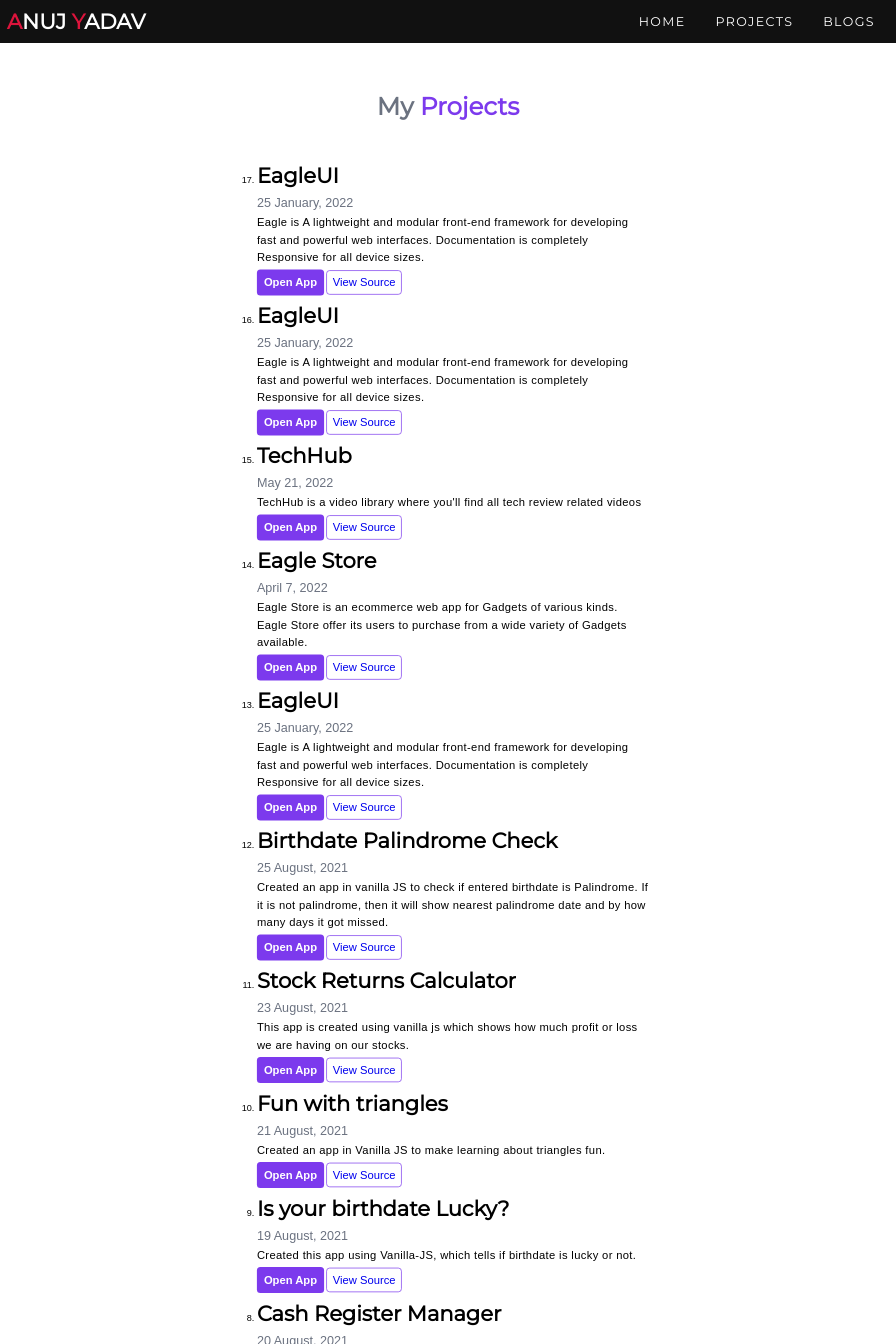
Repository: anuj-kumary/Portfolio
Page: project.html
An editor plug-in stored every save of this project. The page is shown before and after the next save, followed by the edit.
The browser window is 1280 px wide. The pictures show the part of the page from y = 0 to 1920 px (the page is 3649 px tall before and 3599 px after), at 70% of full size.

Above is the page before, as saved 2022-11-12 10:17:15.

After the next save:
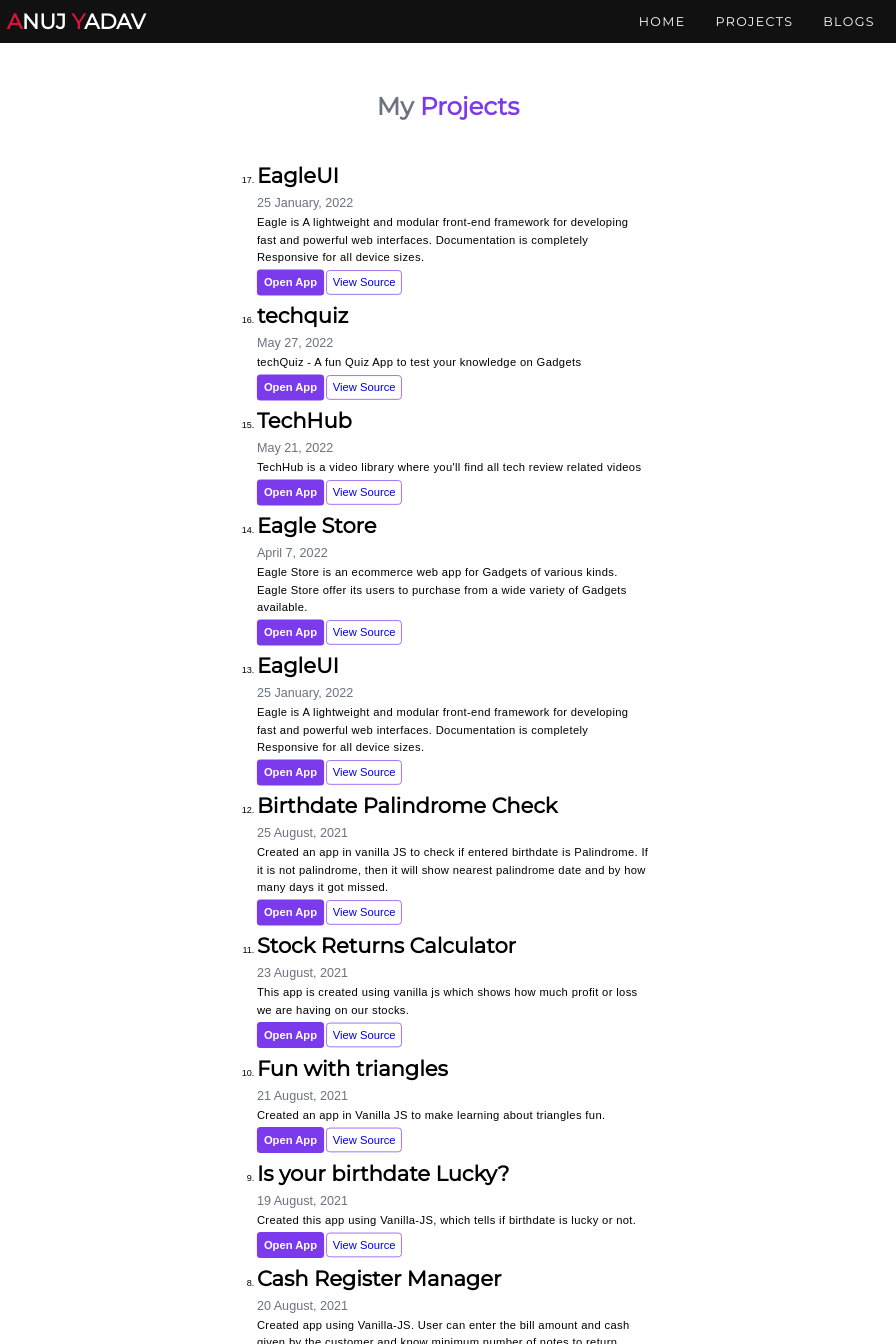
Saved 82 s later.
--- a/project.html
+++ b/project.html
@@ -50,9 +50,9 @@
       </li>
       <li>
         <article class="article article-padding ">
-          <h1>EagleUI</h1>
-          <time>25 January, 2022</time>
-          <p class="description">Eagle is A lightweight and modular front-end framework for developing fast and powerful web interfaces. Documentation is completely Responsive for all device sizes.
+          <h1>techquiz</h1>
+          <time>May 27, 2022</time>
+          <p class="description">techQuiz - A fun Quiz App to test your knowledge on Gadgets
           </p>
          <a class="link" href="https://techquizzes.netlify.app/">Open App</a>
          <a class="btn1" href="https://github.com/anuj-kumary/techquiz">View Source</a>
